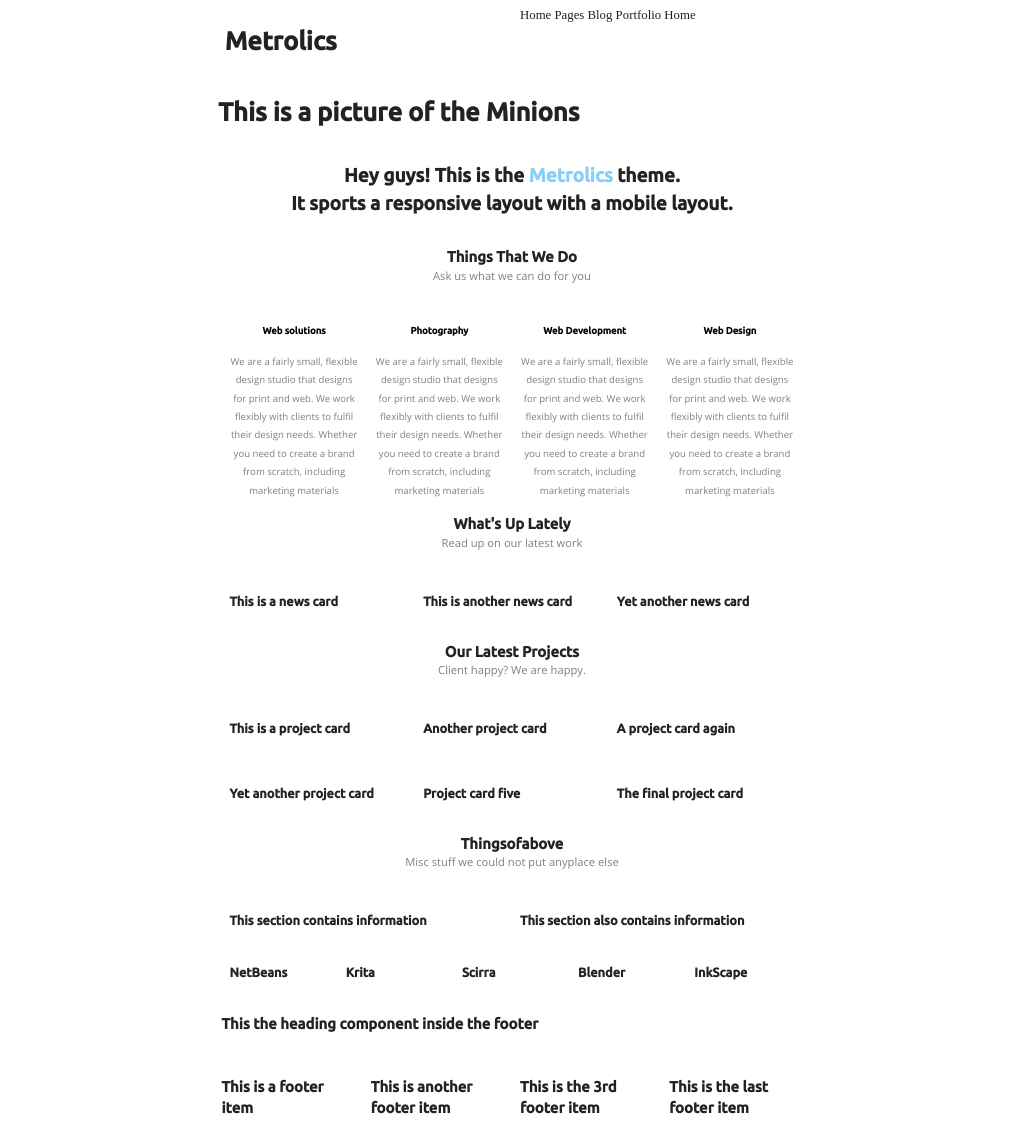
Repository: kennyharman/Marlowe_Kenny_Lab_02B
Page: index.html
The author's editor kept a copy of each file at every save. The page is drawn from the files as they stood at one save, then again after the next save.
The browser window is 1280 px wide. The pictures show the whole page, at 80% of full size.

Above is the page before, as saved 2024-02-05 15:44:08.

### index.html
<!doctype html>
<html class="no-js" lang="EN">

<head>
  <meta charset="utf-8">
  <meta name="viewport" content="width=device-width, initial-scale=1">
  <title></title>
  <link rel="stylesheet" href="css/style.css">
  <link href="https://fonts.googleapis.com/css2?family=Open+Sans:ital,wght@0,400;0,700;1,400&family=Ubuntu:ital,wght@0,300;0,500;1,300&display=swap" rel="stylesheet">
  <meta name="description" content="">

  <meta property="og:title" content="Metrolics page">
  <meta property="og:type" content="website">
  <meta property="og:url" content="http://localhost:8888/metrolics/">

  <link rel="icon" href="/favicon.ico" sizes="any">
  <link rel="icon" href="/icon.svg" type="image/svg+xml">
  <link rel="apple-touch-icon" href="icon.png">

  <link rel="manifest" href="site.webmanifest">
  <meta name="theme-color" content="#fafafa">
</head>

<body class="page">
  <script src="js/app.js"></script>

<header class="page__header">
  <div class="row m-col-2 l-col-2 menu">
    <div class="col header__menu-logo">
      <h1>Metrolics</h1>
    </div>
    <div class="col header__menu-nav">
      Home
      Pages
      Blog
      Portfolio
      Home
    </div>
</header>

<main>
  <div class="page__banner">
    <div class="col banner-header">
      <h1>This is a picture of the Minions</h1>
    </div>
  </div>
  <div class="page__section">
    <div class="row header">
      <div class="col header-text">
        <h2>Hey guys! This is the <span class="text__color-change">Metrolics</span> theme.<br/>It sports a responsive layout with a mobile layout.</h2>
      </div>
    </div>
  </div>

  <div class="section-services">
    <div class="row m-col-2 l-col-4">
      <div class="col m-row-span l-row-span heading">
        <h3>Things That We Do</h3>
        <p>Ask us what we can do for you</p>
      </div>
      <div class="col services-card">
        <h4>Web solutions</h4>
        We are a fairly small, flexible design studio that designs for print and web. We work flexibly with clients to fulfil their design needs. Whether you need to create a brand from scratch, including marketing materials
      </div>
      <div class="col services-card">
        <h4>Photography</h4>
        We are a fairly small, flexible design studio that designs for print and web. We work flexibly with clients to fulfil their design needs. Whether you need to create a brand from scratch, including marketing materials
      </div>
      <div class="col services-card">
        <h4>Web Development</h4>
        We are a fairly small, flexible design studio that designs for print and web. We work flexibly with clients to fulfil their design needs. Whether you need to create a brand from scratch, including marketing materials
      </div>
      <div class="col services-card">
        <h4>Web Design</h4>
        We are a fairly small, flexible design studio that designs for print and web. We work flexibly with clients to fulfil their design needs. Whether you need to create a brand from scratch, including marketing materials
      </div>
    </div>
  </div>
    </div>
  </div>

  <div class="section-work">
    <div class="row m-col-2 l-col-3">
      <div class="col m-row-span l-row-span heading">
        <h3>What's Up Lately</h3>
        <p>Read up on our latest work</p>
      </div>
      <div class="col m-row-span image">
        <h4>This is a news card</h4>
      </div>
      <div class="col image">
        <h4>This is another news card</h4>
      </div>
      <div class="col image">
        <h4>Yet another news card</h4>
      </div>
    </div>
  </div>

  <div class="section-projects">
    <div class="row m-col-2 l-col-3">
      <div class="col m-row-span l-row-span heading">
        <h3>Our Latest Projects</h3>
        <p>Client happy? We are happy.</p>
      </div>
      <div class="col image">
        <h4>This is a project card</h4>
      </div>
      <div class="col image">
        <h4>Another project card</h4>
      </div>
      <div class="col image">
        <h4>A project card again</h4>
      </div>
      <div class="col image">
        <h4>Yet another project card</h4>
      </div>
      <div class="col iamge">
        <h4>Project card five</h4>
      </div>
      <div class="col image">
        <h4>The final project card</h4>
      </div>
    </div>
  </div>

  <div class="section-misc">
    <div class="row l-col-2">
      <div class="col l-row-span heading">
        <h3>Thingsofabove</h3>
        <p>Misc stuff we could not put anyplace else</p>
      </div>
      <div class="col misc-content">
        <h4>This section contains information</h4>
      </div>
      <div class="col misc-content">
        <h4>This section also contains information</h4>
      </div>
    </div>
  </div>

  <div class="section-affiliates">
    <div class="row m-col-5 l-col-5">
      <div class="col affiliates-card">
        <h4>NetBeans</h4>
      </div>
      <div class="col affiliates-card">
        <h4>Krita</h4>
      </div>
      <div class="col affiliates-card">
        <h4>Scirra</h4>
      </div>
      <div class="col affiliates-card">
        <h4>Blender</h4>
      </div>
      <div class="col affiliates-card">
        <h4>InkScape</h4>
      </div>
    </div>
  </div>
</main>
<footer class="page__footer">
  <div class="row m-col-2 l-col-4 footer">
    <div class="col m-row-span l-row-span footer-heading">
      <h3>This the heading component inside the footer</h3>
    </div>
    <div class="col footer-item">
      <h3>This is a footer item</h3>
    </div>
    <div class="col footer-item">
      <h3>This is another footer item</h3>
    </div>
    <div class="col footer-item">
      <h3>This is the 3rd footer item</h3>
    </div>
    <div class="col footer-item">
      <h3>
        This is the last footer item
      </h3>
    </div>
  </div>
</footer>
</body>

### css/style.css
/*! HTML5 Boilerplate v9.0.0-RC1 | MIT License | https://html5boilerplate.com/ */

/* main.css 3.0.0 | MIT License | https://github.com/h5bp/main.css#readme */
/*
 * What follows is the result of much research on cross-browser styling.
 * Credit left inline and big thanks to Nicolas Gallagher, Jonathan Neal,
 * Kroc Camen, and the H5BP dev community and team.
 */

/* ==========================================================================
   Base styles: opinionated defaults
   ========================================================================== */

html {
  color: #222;
  font-size: 1em;
  line-height: 1.4;
}

/*
 * Remove text-shadow in selection highlight:
 * https://twitter.com/miketaylr/status/12228805301
 *
 * Customize the background color to match your design.
 */

::-moz-selection {
  background: #b3d4fc;
  text-shadow: none;
}

::selection {
  background: #b3d4fc;
  text-shadow: none;
}

/*
 * A better looking default horizontal rule
 */

hr {
  display: block;
  height: 1px;
  border: 0;
  border-top: 1px solid #ccc;
  margin: 1em 0;
  padding: 0;
}

/*
 * Remove the gap between audio, canvas, iframes,
 * images, videos and the bottom of their containers:
 * https://github.com/h5bp/html5-boilerplate/issues/440
 */

audio,
canvas,
iframe,
img,
svg,
video {
  vertical-align: middle;
}

/*
 * Remove default fieldset styles.
 */

fieldset {
  border: 0;
  margin: 0;
  padding: 0;
}

/*
 * Allow only vertical resizing of textareas.
 */

textarea {
  resize: vertical;
}

/* ==========================================================================
   Author's custom styles
   ========================================================================== */

/* ==========================================================================
   Helper classes
   ========================================================================== */

/*
 * Hide visually and from screen readers
 */

.hidden,
[hidden] {
  display: none !important;
}

/*
 * Hide only visually, but have it available for screen readers:
 * https://snook.ca/archives/html_and_css/hiding-content-for-accessibility
 *
 * 1. For long content, line feeds are not interpreted as spaces and small width
 *    causes content to wrap 1 word per line:
 *    https://medium.com/@jessebeach/beware-smushed-off-screen-accessible-text-5952a4c2cbfe
 */

.visually-hidden {
  border: 0;
  clip: rect(0, 0, 0, 0);
  height: 1px;
  margin: -1px;
  overflow: hidden;
  padding: 0;
  position: absolute;
  white-space: nowrap;
  width: 1px;
  /* 1 */
}

/*
 * Extends the .visually-hidden class to allow the element
 * to be focusable when navigated to via the keyboard:
 * https://www.drupal.org/node/897638
 */

.visually-hidden.focusable:active,
.visually-hidden.focusable:focus {
  clip: auto;
  height: auto;
  margin: 0;
  overflow: visible;
  position: static;
  white-space: inherit;
  width: auto;
}

/*
 * Hide visually and from screen readers, but maintain layout
 */

.invisible {
  visibility: hidden;
}

/*
 * Clearfix: contain floats
 *
 * The use of `table` rather than `block` is only necessary if using
 * `::before` to contain the top-margins of child elements.
 */

.clearfix::before,
.clearfix::after {
  content: "";
  display: table;
}

.clearfix::after {
  clear: both;
}

/* ==========================================================================
   EXAMPLE Media Queries for Responsive Design.
   These examples override the primary ('mobile first') styles.
   Modify as content requires.
   ========================================================================== */

@media only screen and (min-width: 35em) {
  /* Style adjustments for viewports that meet the condition */
}

@media print,
  (-webkit-min-device-pixel-ratio: 1.25),
  (min-resolution: 1.25dppx),
  (min-resolution: 120dpi) {
  /* Style adjustments for high resolution devices */
}

/* ==========================================================================
   Print styles.
   Inlined to avoid the additional HTTP request:
   https://www.phpied.com/delay-loading-your-print-css/
   ========================================================================== */

@media print {
  *,
  *::before,
  *::after {
    background: #fff !important;
    color: #000 !important;
    /* Black prints faster */
    box-shadow: none !important;
    text-shadow: none !important;
  }

  a,
  a:visited {
    text-decoration: underline;
  }

  a[href]::after {
    content: " (" attr(href) ")";
  }

  abbr[title]::after {
    content: " (" attr(title) ")";
  }

  /*
   * Don't show links that are fragment identifiers,
   * or use the `javascript:` pseudo protocol
   */
  a[href^="#"]::after,
  a[href^="javascript:"]::after {
    content: "";
  }

  pre {
    white-space: pre-wrap !important;
  }

  pre,
  blockquote {
    border: 1px solid #999;
    page-break-inside: avoid;
  }

  tr,
  img {
    page-break-inside: avoid;
  }

  p,
  h2,
  h3 {
    orphans: 3;
    widows: 3;
  }

  h2,
  h3 {
    page-break-after: avoid;
  }
}

/* Our Styling */
div,
main,
section,
footer,
header {
  margin-left: 10px;
  margin-right: 10px;
}

h1,
h2,
h3,
h4,
h5,
h6 {
    font-family: 'Ubuntu', sans-serif;
}

p {
    font-family: 'Open Sans', sans-serif;
}

.row {
  display: grid;
  row-gap: 1rem;
}

.col {
  position: relative;
}

.page__header,
.banner-header,
.page__section,
.section-services,
.section-work,
.section-projects,
.section-misc,
.section-affiliates,
.footer {
  margin: auto;
  width: 60%;
}

.heading {
  display: flex;
  flex-direction: column;
  align-items: center;
  padding: 0 auto;
}

.heading > h3 {
  margin-bottom: 0;
}

.heading > p {
  margin-top: 0;
  font-size: 14px;
  color: grey;
}

.header-text {
  text-align: center;
}

.text__color-change {
  color: lightskyblue;
}

.services-card {
  display: flex;
  flex-direction: column;
  align-items: center;
  text-align: center;
  font-size: 12px;
  padding: 0px;
  color: grey;
  font-family: 'Open Sans', sans-serif;
  line-height: 23px;
}

.services-card > h4 {
  color: black;
}

/* Small only */
@media screen and (max-width: 39.9375em) {
  .header__menu-nav {
    display: none;
  }
  .banner {
    display: none;
  }
  .affiliates {
    display: none;
  }
  .misc {
    display: none;
  }
}

/* Medium only */
@media screen and (min-width: 40em) and
(max-width: 63.9375em) {
  .row {
    max-width: 70rem;
    column-gap: 1.5rem;
    row-gap: 1.5rem;
    margin: 0 auto;
  }
  .m-col-2 {
    grid-template-columns: 1fr 1fr;
  }
  .m-col-3 {
    grid-template-columns: repeat(3, 1fr);
  }
  .m-col-4 {
    grid-template-columns: repeat(4, 1fr);
  }
  .m-col-5 {
    grid-template-columns: repeat(5, 1fr);
  }

  .m-row-span {
    grid-column-start: 1;
    grid-column-end: -1;
  }
}

/* Large only */
@media screen and (min-width: 64em) {
  .l-col-2 {
    grid-template-columns: 1fr 1fr;
  }
  .l-col-3 {
    grid-template-columns: repeat(3, 1fr);
  }
  .l-col-4 {
    grid-template-columns: repeat(4, 1fr);
  }
  .l-col-5 {
    grid-template-columns: repeat(5, 1fr);
  }

  .l-row-span {
    grid-column-start: 1;
    grid-column-end: -1;
  }
}

Loaded but not shown: js/app.js (no stored copy; drawn as an empty file)

After the next save:
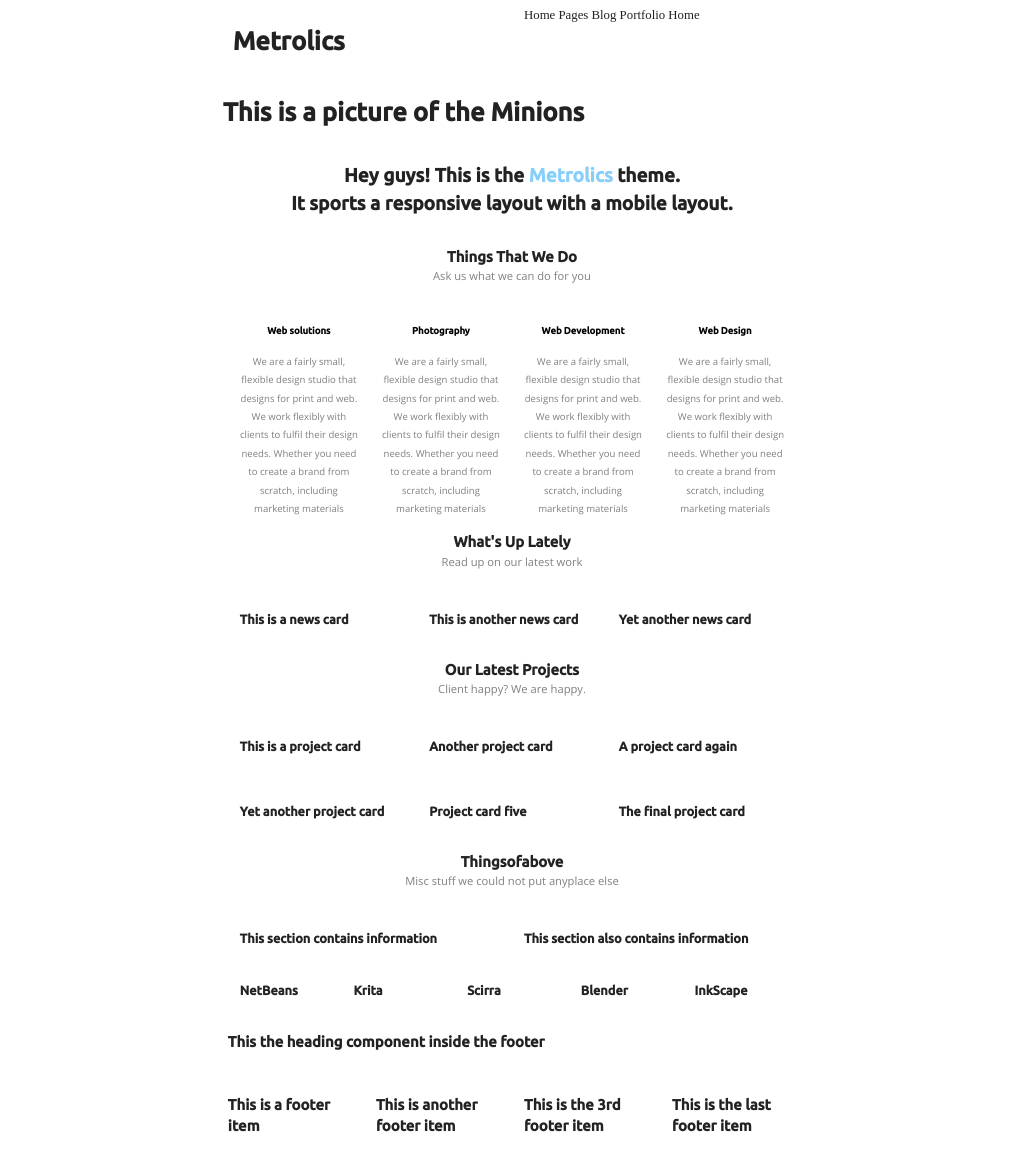
Saved 19 s later.
--- a/css/style.css
+++ b/css/style.css
@@ -251,8 +251,8 @@ main,
 section,
 footer,
 header {
-  margin-left: 10px;
-  margin-right: 10px;
+  margin-left: 15px;
+  margin-right: 15px;
 }
 
 h1,
